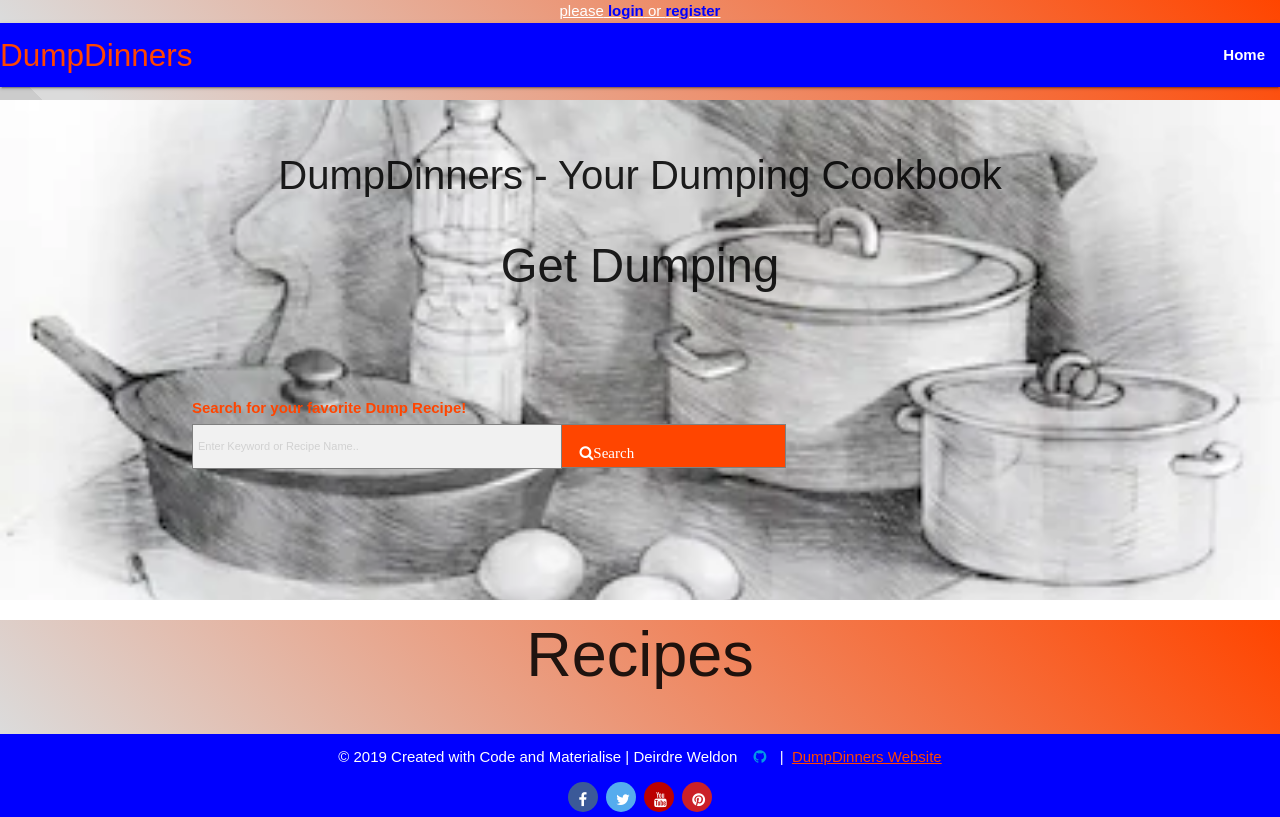
Repository: Deirdre18/dumpdinners-recipe-app
Page: http://localhost/
The author's editor kept a record of every edit. The page is drawn from the files as they stood at one moment, then again after the next edit.
The browser window is 1280 px wide. The pictures show the whole page.
Some web libraries are served in a nearby version. The page is served by the project's application, run on Flask 3 (app.py). Queries for data that is not in the repository find no rows.

Above is the page before.

After the next edit:
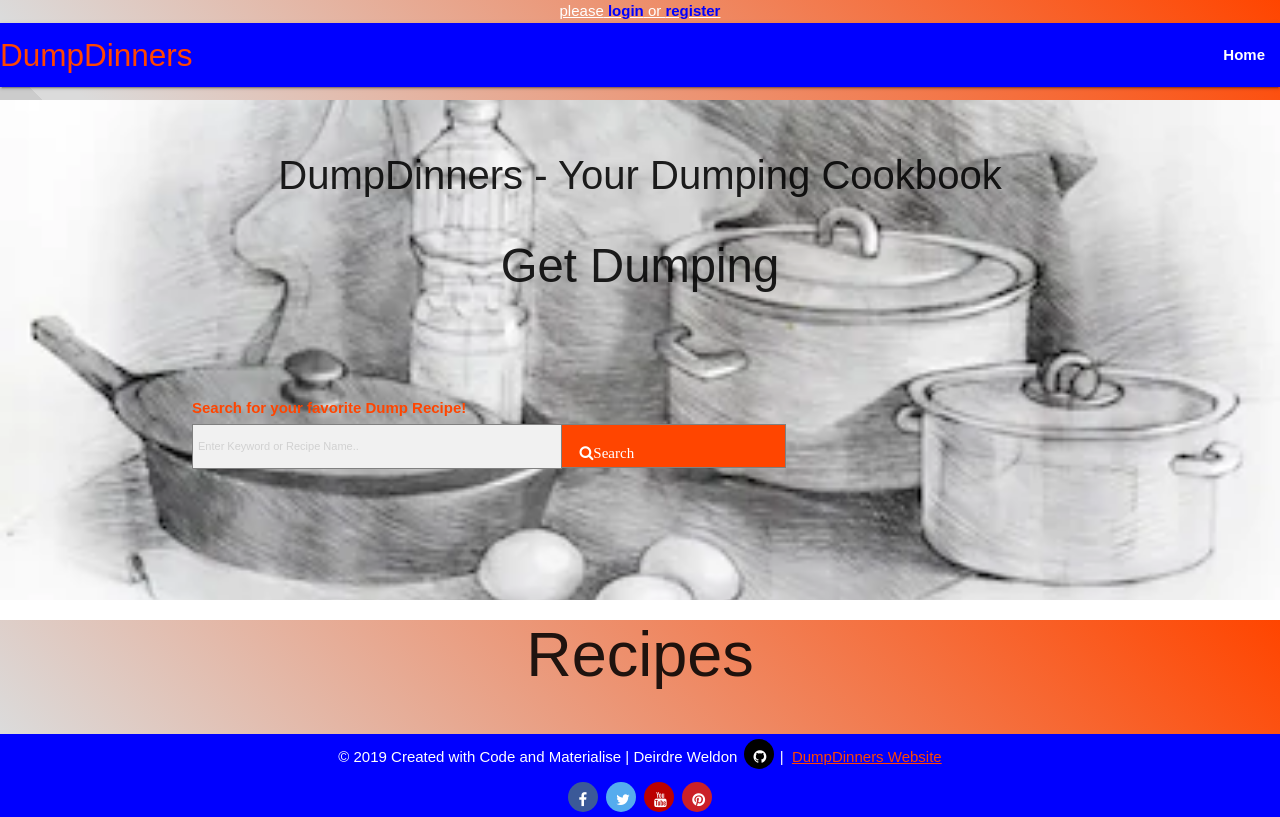
The edit:
--- a/templates/base.html
+++ b/templates/base.html
@@ -292,6 +292,12 @@
             text-align: center;
         }
 
+        .fa-github {
+            background: black;
+            color: white;
+            text-align: center;
+
+        }
 
         strong {
             font-weight: bold;
